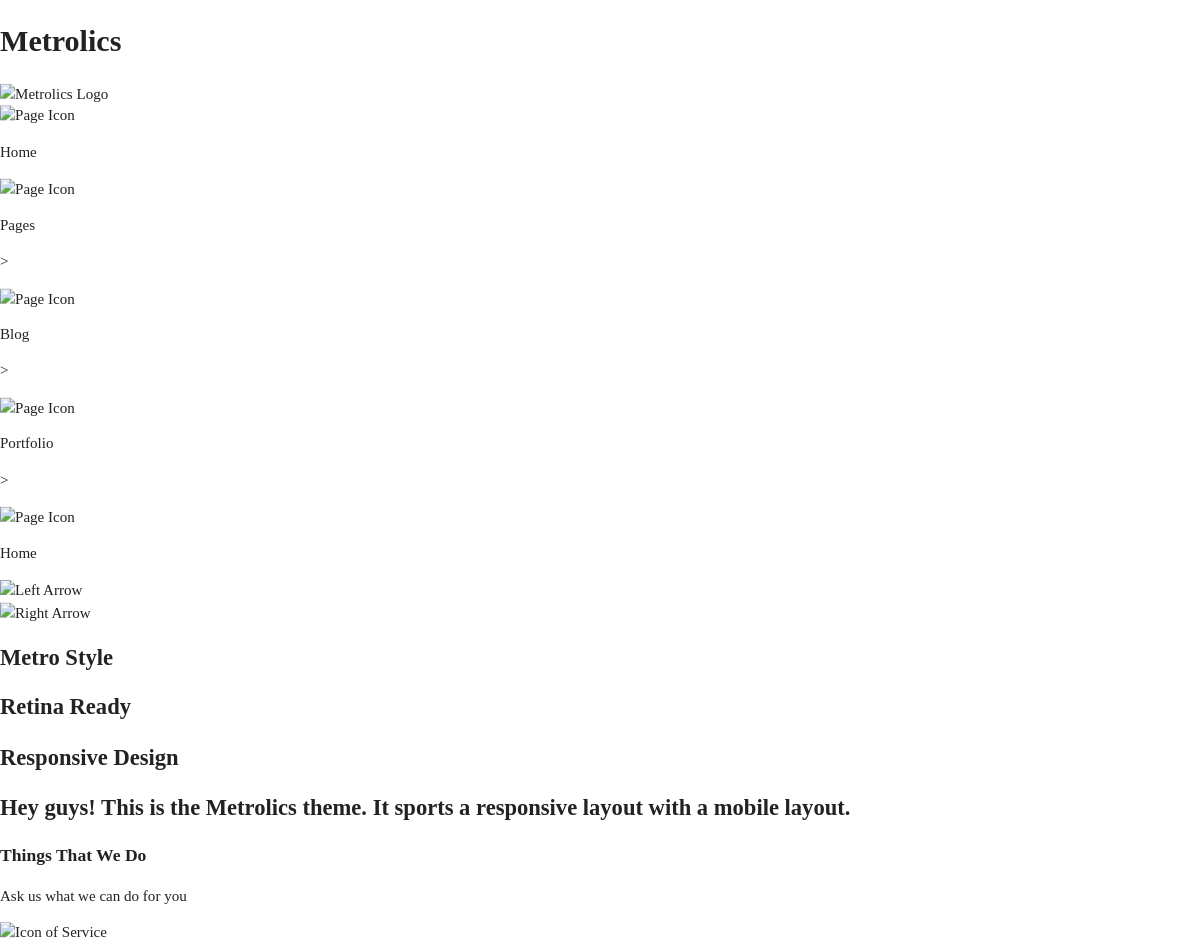
Repository: wilyyy/metrolics
Page: index.html
The author's editor kept a copy of each file at every save. The page is drawn from the files as they stood at one save, then again after the next save.
The browser window is 1280 px wide. The pictures show the whole page, at 94% of full size.

Above is the page before, as saved 2021-01-26 23:23:23.

After the next save:
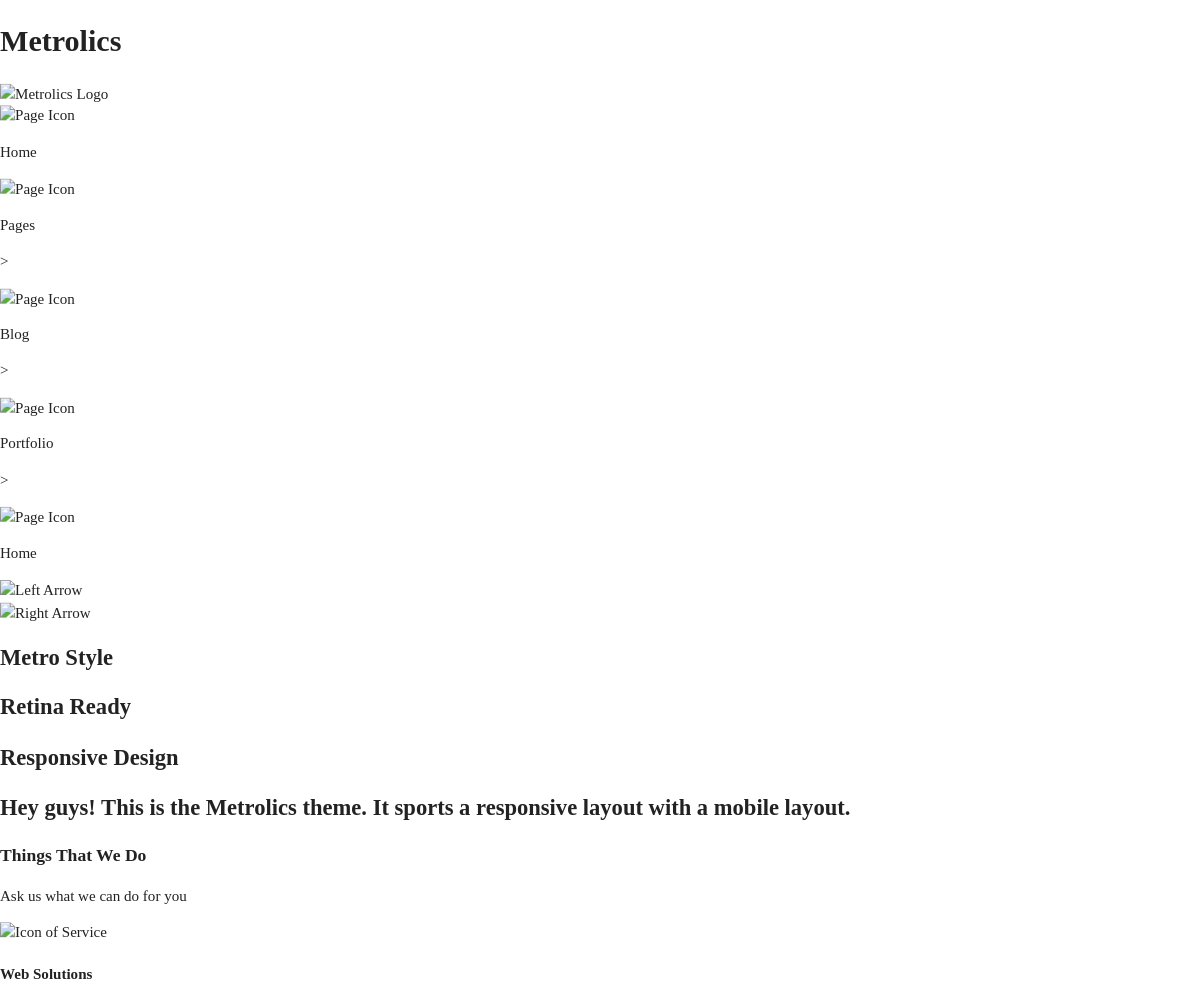
Saved 21 s later.
--- a/index.html
+++ b/index.html
@@ -113,6 +113,7 @@
       <div class="specific-services">
         <div class="service">
           <img src="" alt="Icon of Service">
+          <h4>Web Solutions</h4>
         </div>
       </div>
     </div>
